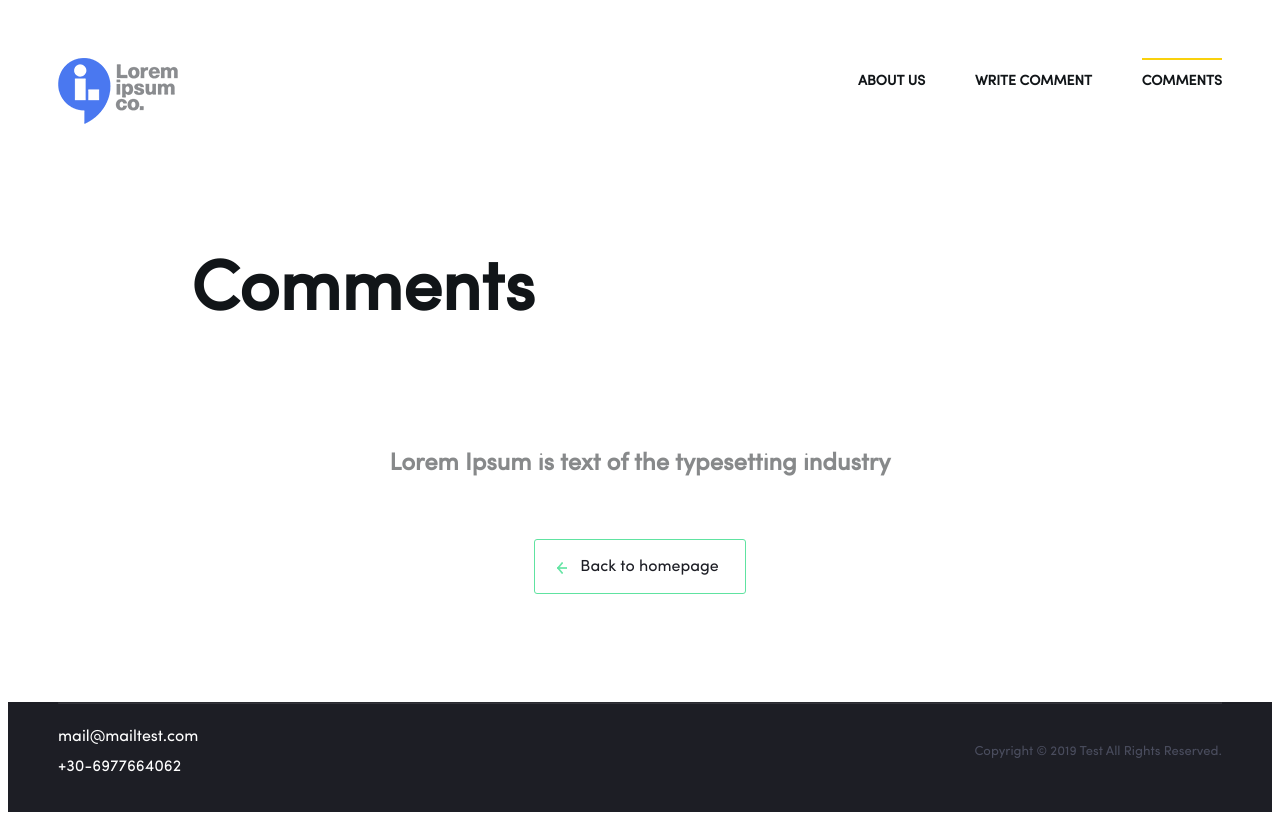
Repository: skydevil1604/vue-axios-api
Page: /#/comments
The author's editor kept a copy of each file at every save. The page is drawn from the files as they stood at one save, then again after the next save.
The browser window is 1280 px wide. The pictures show the whole page.
The page's requests for data from a server got no answer. The project was rebuilt for these pictures with package versions that can differ from the ones it lists, and the page was loaded fresh each time. No one was signed in, and anything a server would have sent is missing. Also part of the build but not shown: vue.config.js.

Above is the page before, as saved 2019-05-13 05:02:27.

After the next save:
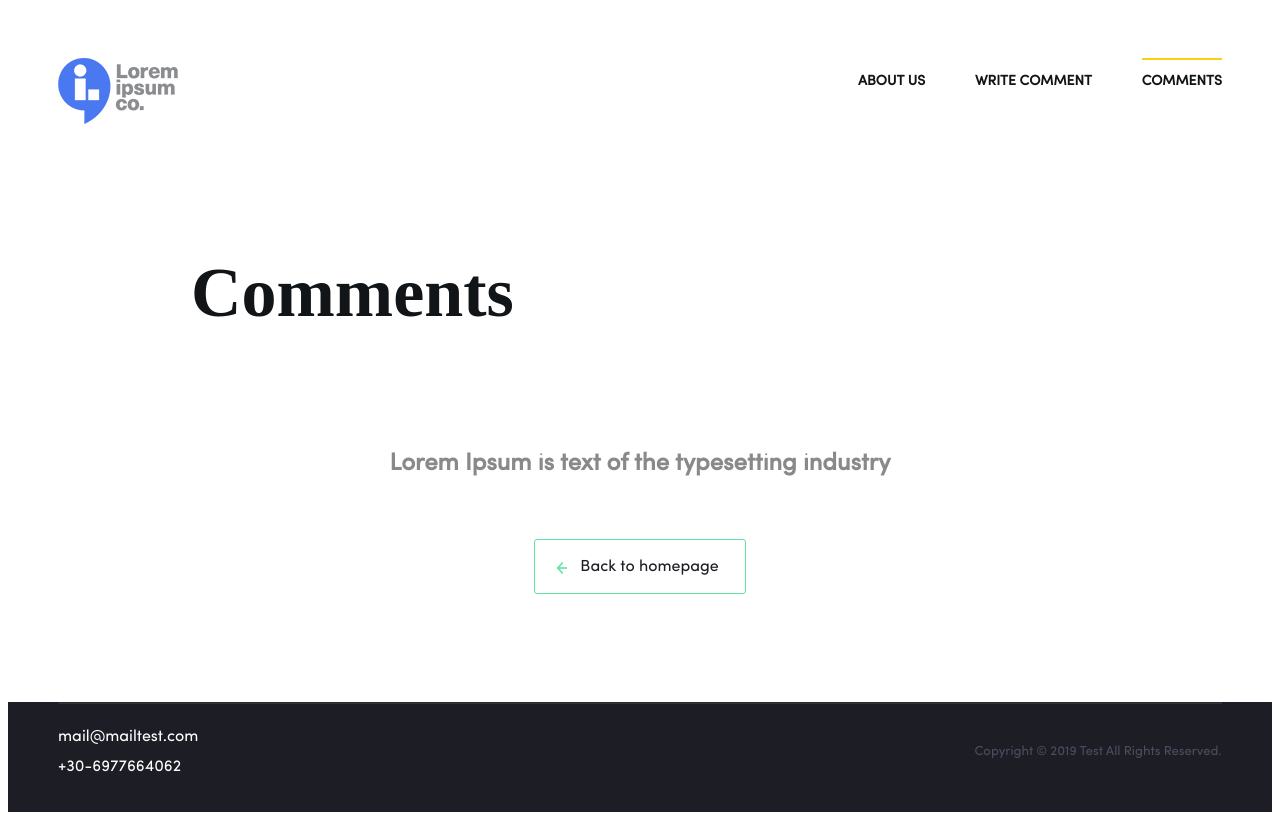
Saved 5 days later.
--- a/src/views/Comments.vue
+++ b/src/views/Comments.vue
@@ -92,7 +92,7 @@
 }
 h1 {
     color: #111518;
-    font-family: "SofiaPro";
+    font-family: "SofiaPro"б ыф;
     font-size: 70px;
     font-weight: 600;
     line-height: 72px;

After the save that followed:
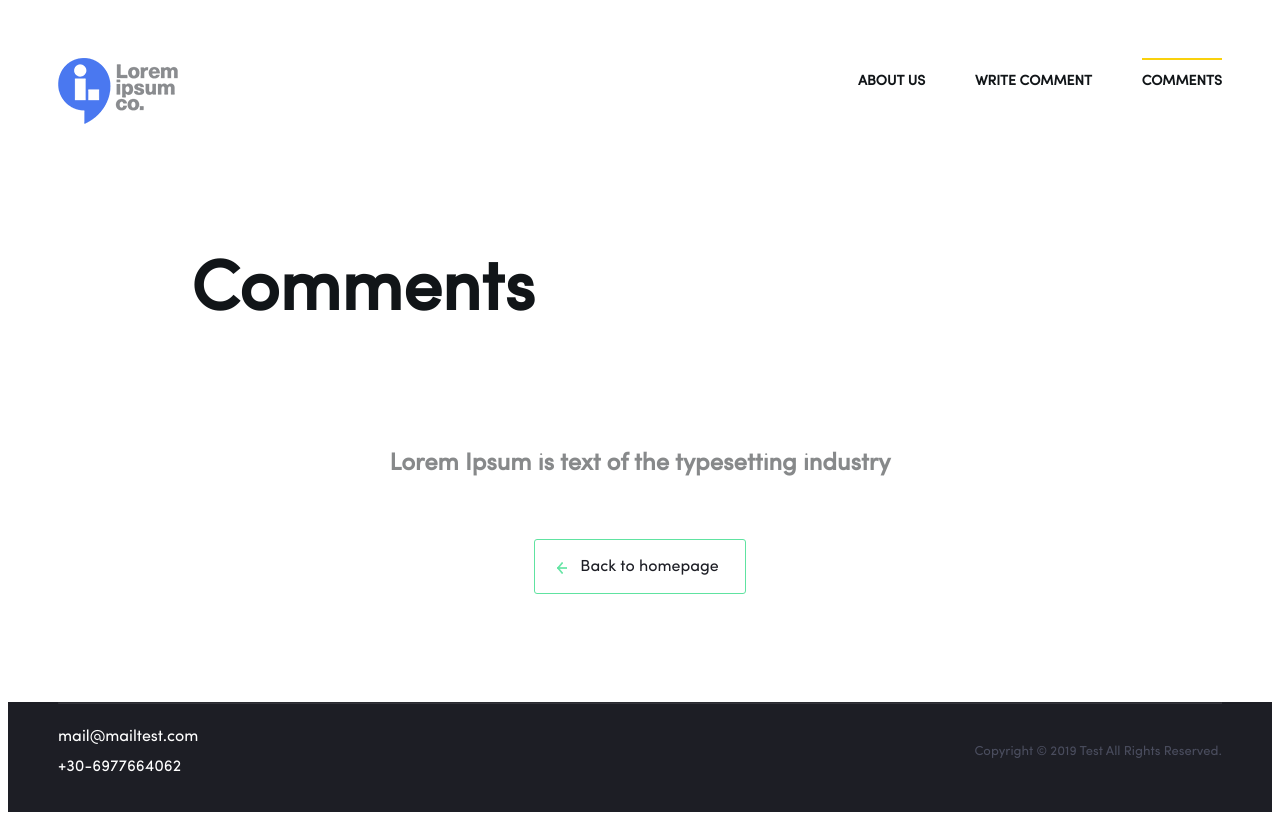
Saved 5 s later.
--- a/src/views/Comments.vue
+++ b/src/views/Comments.vue
@@ -92,7 +92,7 @@
 }
 h1 {
     color: #111518;
-    font-family: "SofiaPro"б ыф;
+    font-family: "SofiaPro", sans-serif;
     font-size: 70px;
     font-weight: 600;
     line-height: 72px;
